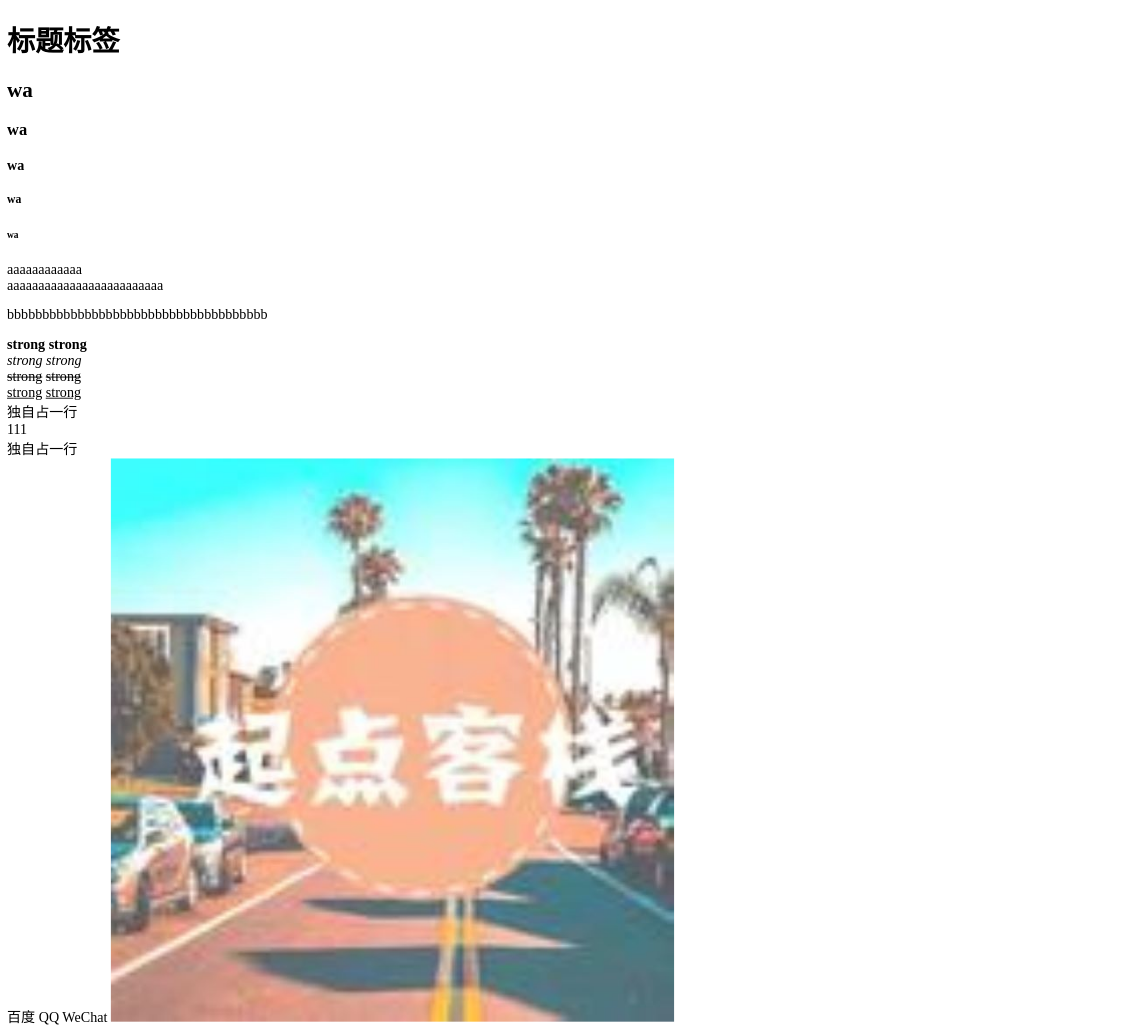
Repository: Qwenicq/My_project
Page: html/vscode_frist.htm
These files come from the project's save history. The page is drawn as it stood at one moment and after the next save; the edit follows.
The browser window is 1280 px wide. The pictures show the whole page, at 88% of full size.

Above is the page before, as saved 2023-03-27 21:40:16.

After the next save:
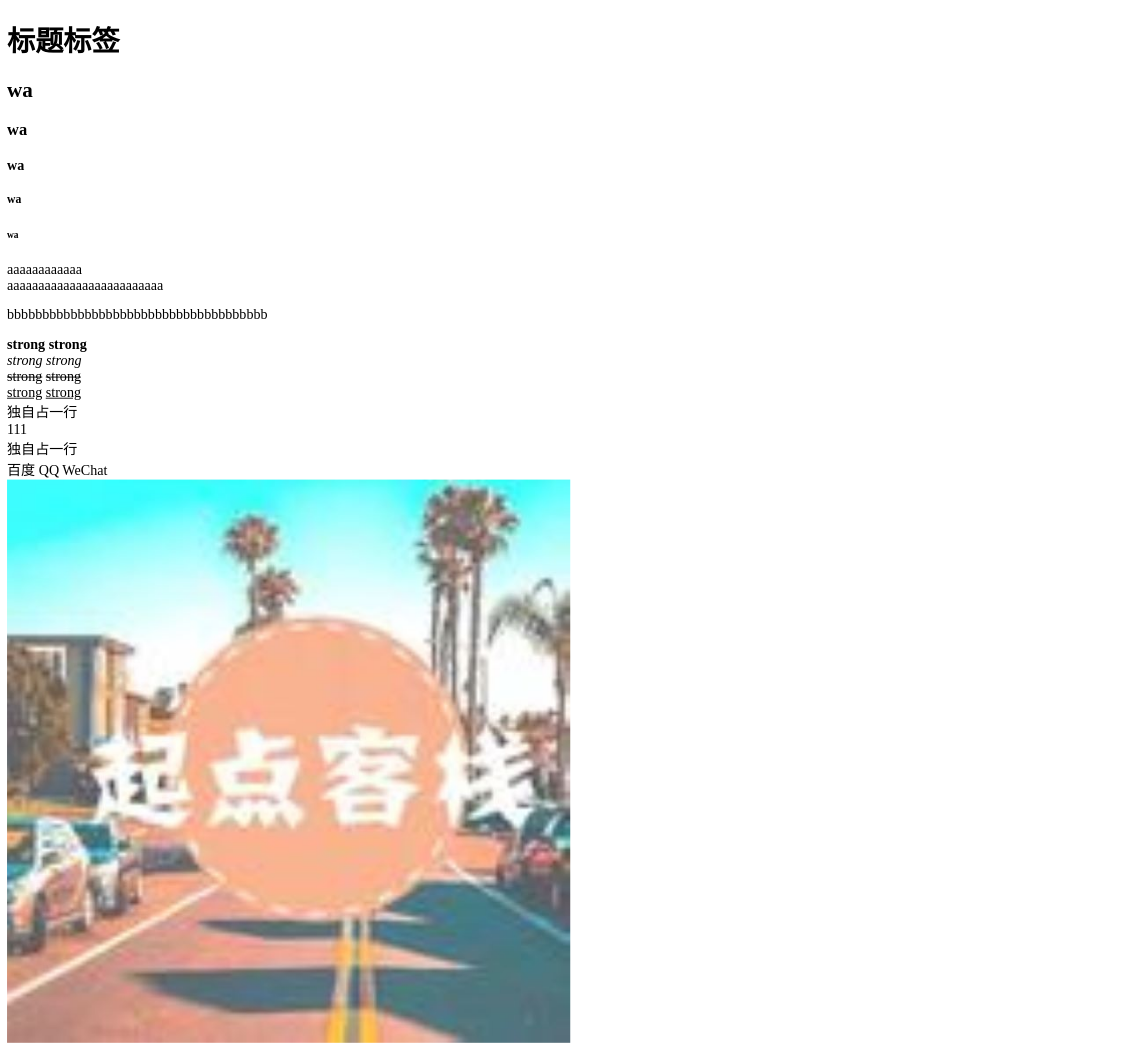
Saved 18 s later.
--- a/html/vscode_frist.htm
+++ b/html/vscode_frist.htm
@@ -28,7 +28,7 @@
     <div>独自占一行</div>
     <span>百度</span>
     <span>QQ</span>
-    <span>WeChat</span>
+    <span>WeChat</span><br />
     <img src="余音日记.jpg">
 </body>
 </html>
